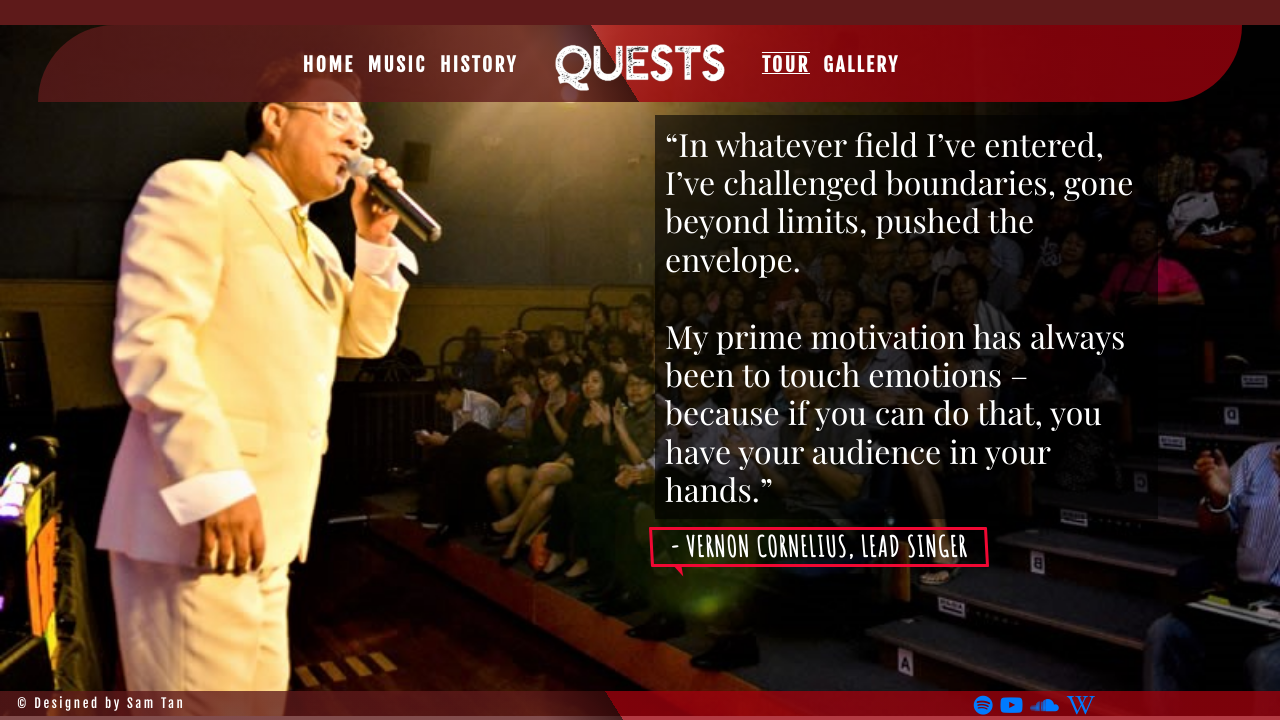
Repository: SamLookingGlass/User-Centric-Frontend-Development-Project
Page: tour.html
The author's editor kept a record of every edit. The page is drawn from the files as they stood at one moment, then again after the next edit.
The browser window is 1280 px wide. The pictures show the whole page.
Some web libraries are served in a nearby version.

Above is the page before.

### tour.html
<!doctype html>
<html lang="en">

<head>
    <!-- Required meta tags -->
    <meta charset="utf-8">
    <meta name="viewport" content="width=device-width, initial-scale=1, shrink-to-fit=no">

    <!-- Bootstrap CSS -->
    <link rel="stylesheet" href="https://maxcdn.bootstrapcdn.com/bootstrap/4.0.0/css/bootstrap.min.css" integrity="sha384-Gn5384xqQ1aoWXA+058RXPxPg6fy4IWvTNh0E263XmFcJlSAwiGgFAW/dAiS6JXm" crossorigin="anonymous">

    <!-- Google Fonts CSS -->
    <link href="https://fonts.googleapis.com/css?family=Fjalla+One&display=swap" rel="stylesheet">
    <link href="https://fonts.googleapis.com/css?family=Amatic+SC&display=swap" rel="stylesheet">
    <link href="https://fonts.googleapis.com/css?family=Playfair+Display&display=swap" rel="stylesheet">

    <!-- Font Awesoe CSS -->
    <link rel="stylesheet" href="https://cdnjs.cloudflare.com/ajax/libs/font-awesome/4.7.0/css/font-awesome.min.css">

    <!-- Own Stylesheet -->
    <link href="style.css" rel="stylesheet" type="text/css" />

    <title>The Quests Official - Tour</title>
</head>

<body id="borderhome" class="tour-background">
    <!--<div class="container-fluid" style="height:2vw"></div>-->
    <nav class="fontnew" id="navbg">
        <div class="container-fluid">
            <div class="row d-lg-flex">
                <div class="col-5 navnew navleft d-flex justify-content-end">
                    <ul class="d-flex">
                        <li><a href="home.html">HOME</a></li>
                        <li><a href="music.html">MUSIC</a></li>
                        <li><a href="history.html">HISTORY</a></li>
                    </ul>
                </div>
                <div class="col-2 d-lg-flex justify-content-center">
                    <a class="" href="home.html">
                     <img id="navlogo" class="img-fluid" src="images/logo/logo.png" alt="Quests Logo">
                </a>
                </div>
                <div class="col-5 navnew navright d-lg-flex justify-content-start">
                    <ul class="d-flex">
                        <li id="active"><a href="tour.html">TOUR</a></li>
                        <li><a href="gallery.html">GALLERY</a></li>
                    </ul>
                </div>
            </div>
        </div>
    </nav>
    <section>
        <div style="height:420pt" class="container-fluid">
            <div class="row">
                <div class="col-1"></div>
                <div class="col-5"></div>
                <div class="col-5 fonttypo">
                    <div>
                        <h2 class="cardbod cardbod-tour">
                            “In whatever field I’ve entered, I’ve challenged boundaries, gone beyond limits, pushed the envelope.
                            <br>
                            <br> My prime motivation has always been to touch emotions – because if you can do that, you have your audience in your hands.”
                            <br>
                        </h2>
                        <h3 class="blockheader1 ">
                            - Vernon Cornelius, Lead Singer
                        </h3>
                    </div>
                    <div class="col-1"></div>
                </div>
            </div>
    </section>

    <footer class="fixed-bottom fontfooter" id="navbg1">
        <div class="container-fluid">
            <div class="row">
                <div class="col-3">© Designed by Sam Tan </div>
                <div class="col-6 d-lg-flex justify-content-center"></div>
                <div class="col-3">
                    <!--<a href=""><i class="fa fa-facebook-square" style="font-size:22px"></i></a>-->
                    <a href="https://open.spotify.com/artist/4AOgY5YwQw4d5pgEX3f56A" target="_blank"><i class="fa fa-spotify" style="font-size:22px"></i></a>
                    <a href="https://www.youtube.com/user/JoeWuSeattleWaUSA/featured" target="_blank"><i class="fa fa-youtube-play" style="font-size:22px"></i></a>
                    <a href="https://soundcloud.com/user-73693220/keith-locke-the-quests-dont-1" target="_blank"><i class="fa fa-soundcloud" style="font-size:22px"></i></a>
                    <a href="https://en.wikipedia.org/wiki/The_Quests" target="_blank"><i class="fa fa-wikipedia-w" style="font-size:22px"></i></a>
                </div>
            </div>
        </div>
    </footer>

    <!-- Optional JavaScript -->
    <!-- jQuery first, then Popper.js, then Bootstrap JS -->
    <script src="https://code.jquery.com/jquery-3.2.1.slim.min.js" integrity="sha384-KJ3o2DKtIkvYIK3UENzmM7KCkRr/rE9/Qpg6aAZGJwFDMVNA/GpGFF93hXpG5KkN" crossorigin="anonymous"></script>
    <script src="https://cdnjs.cloudflare.com/ajax/libs/popper.js/1.12.9/umd/popper.min.js" integrity="sha384-ApNbgh9B+Y1QKtv3Rn7W3mgPxhU9K/ScQsAP7hUibX39j7fakFPskvXusvfa0b4Q" crossorigin="anonymous"></script>
    <script src="https://maxcdn.bootstrapcdn.com/bootstrap/4.0.0/js/bootstrap.min.js" integrity="sha384-JZR6Spejh4U02d8jOt6vLEHfe/JQGiRRSQQxSfFWpi1MquVdAyjUar5+76PVCmYl" crossorigin="anonymous"></script>
</body>

</html>

### style.css
/*Sanity Checks*/
.blue {
    background-color:blue;

}
.bod {
    border:solid 1px black;
}

.shadow-black {
    text-shadow: 2px 2px black;
}

.shadow-grey {
    text-shadow: 2px 1px grey;
}

/*Home Styling*/
.cardbod {
    margin-top:7vw;
    padding:0.5vw;
    display: flex;
    flex-direction: column;
}

/*Arrow Test https://codepen.io/raf187/pen/BvgGRQ*/
.red {
    margin-top:17vw;
}
body{
  margin-top: 0;
  padding: 0;
}
.arrow{
    position: absolute;
    top: 50%;
    left: 50%;
    transform: translate(-50%,-50%);
}
.arrow span{
    display: block;
    width: 30px;
    height: 30px;
    border-bottom: 5px solid rgb(158,2,13,0.7);
    border-right: 5px solid rgb(158,2,13,0.7);
    transform: rotate(45deg);
    margin: -12px;
    animation: animate 2s infinite;
}
.arrow span:nth-child(2){
    animation-delay: -0.2s;
}
.arrow span:nth-child(3){
    animation-delay: -0.4s;
}

@keyframes animate {
    0%{
        opacity: 0;
        transform: rotate(45deg) translate(-20px,-20px);
    }
    50%{
        opacity: 1;
    }
    100%{
        opacity: 0;
        transform: rotate(45deg) translate(20px,20px);
    }
}

/**/
#borderhome {
    border-top: solid 2vw rgb(94,26,26);
}

/*Parralax Scrolling */
.parralax {
    background-color:teal;
    height:480pt;
    background-attachment: fixed;
    background-position: center;
    background-repeat: no-repeat;
    background-size: cover;
}

.notparralax {
    background-image:url("images/background/background3.jpg");
    height:400pt;
    background-attachment: fixed;
    background-position: center;
    background-repeat: no-repeat;
    background-size: cover;
}

.notparralax div {
    padding-top:1vw;
}

#navbg {
    background:rgb(94,26,26);
    background:linear-gradient(58deg, rgba(94,26,26,0.78) 42%, rgba(52,10,10,0.9) 48%, rgba(158,2,13,0.78) 48%);
    /*margin: 0 3vw; */
    border-radius:15vw 0 15vw 0;
    position:absolute;
    z-index:1;
    left:0;
    right:0;
    margin:auto 3vw;
}

#navbg1 {
    background:rgb(94,26,26);
    background:linear-gradient(58deg, rgba(94,26,26,0.78) 42%, rgba(52,10,10,0.9) 48%, rgba(158,2,13,0.78) 48%);
    /*margin: 0 2vw; */
    /*border-radius:15vw 15vw 0 0;*/
}

.navbgz {
        position:absolute;
        z-index:1;
}
#active {
    text-decoration: underline overline;
}

.badgedesign {
    margin:10pt;
    padding:10pt;
    border: solid white 2pt;
    background-color:rgba(0, 0, 0, 0.6);
}

#navlogo {
   filter: invert(1);
   padding-top: 1.5vw;
}
.navnew li a {
    color: white;
}

.navnew li a:hover {
    text-decoration: underline overline;
}

.navnew li {
    text-decoration: none;
    list-style: none;
    padding-top: 1.5vw;
    margin: 5pt;
    font-size: 1.5vw;
    font-weight: bold;
}

.navright ul {
    position: relative;
    padding-left:0;
}

.navleft ul {
    position: relative;
    padding-right:0;
}

.fontnew {
    color:white;
    font-size: 1.3vw;
    font-family: 'Fjalla One', sans-serif;
    letter-spacing:0.2vw;

}

.fonttypo {
    font-family: 'Playfair Display', serif;
    color:white;
    font-size: 1vw;
    font-weight:bolder;
}

.fontfooter {
    color:white;
    font-size: 1vw;
    font-family: 'Fjalla One', sans-serif;
    letter-spacing:0.2vw;
    padding:0.18vw;
}

.logos i {
    padding-right:0.2vw;
    color:white;
    font-size:22px;
}

.logos i:hover {
    color:black;
}

#sec1 h1, p{
    padding:5pt;
    margin:10pt;
}

#videobg {
    z-index: -1;
    position: fixed;
    right: 0;
    bottom: 0;
    min-width: 100%;
    min-height: 120%;
}

@media (min-aspect-ratio: 16/9) {
    #videobg {
        width: 100%;
        height: auto;
    }
}

@media (min-aspect-ratio: 16/9) {
    #videobg {
        width: auto;
        height: 100%;
    }
}

/*edit size*/
@media (max-width: 200px) {
    #videobg {
        display: none;
    }
    body {
        background: url("");
        background-size: cover;
    }
}

/*Newsletter Form*/
/*To reference DNCE*/
.formbackground {
    margin-top:5vw;
    background-color:rgba(0, 0, 0, 0.8);
    padding:2vw;
}
#formcta {
    text-align: center;
    line-height: 1;
    cursor: pointer;
    vertical-align: middle;
    padding: .85em 1em;
    color: #fefefe;
    font-weight: 700;
    border-radius: 1px;
    margin: 0 10px 0 auto;
    border: none;
    transition: background .2s ease-in-out;
    font-size: 1rem;
    outline: 0;
    letter-spacing: .1em;
    text-transform: uppercase;
}

/*To reference DNCE*/
.blockheader1 {
    display: inline-block;
    font-family: "Amatic SC",cursive;
    font-weight: 700;
    border: 3px solid #f00833;
    color: white;
    padding: 0 1.125rem;
    margin: 0;
    border-radius: 1px;
    clear: both;
    letter-spacing: .05em;
    text-align: left;
    width: auto;
    text-transform: uppercase;
    position: relative;
    left: -1%;
    transform: skew(3deg);
}
.blockheader1::after {
    content: '';
    width: 0;
    height: 0;
    top: auto;
    border-style: solid;
    border-width: 12px 0 0 8px;
    border-color: #f00833 transparent transparent;
    position: absolute;
    bottom: -13px;
    left: 6%;
    z-index: 0;
    transform: rotate(-7deg);
}

#red-font {
    color: #f00833;
}

/*Gallery Styling*/


.fonttypo-gallery {
    font-family: 'Playfair Display', serif;
    color:rgb(158,2,13);
    font-size: 1vw;
    font-weight:bolder;
}

/*Reference for Gallery Images https://codepen.io/ozzy21/pen/JqgrvP*/

#gallerybod {
  margin: 0;
  padding: 0;
}
.container {
  width: 100%;
  display: grid;
  grid-auto-flow: dense;
  grid-template:
    "1fr 1fr 1fr 1fr 1fr" 33.33vh
    "1fr 1fr 1fr 1fr 1fr" 33.33vh
    "1fr 1fr 1fr 1fr 1fr" 33.33vh;
}

.container .box {
  position: relative;
  background: #ccc;
}
.container .box.a {
  grid-row: span 2;
}
.container .box.b,
.container .box.f,
.container .box.h,
.container .box.j {
  grid-column: span 2;
}
.container .box img {
  position: absolute;
  top: 0;
  left: 0;
  width: 100%;
  height: 100%;
  object-fit: cover;
}
@media (max-width: 991px) {
  .container {
    grid-template:
      "1fr 1fr 1fr" 250px
      "1fr 1fr 1fr" 250px
      "1fr 1fr 1fr" 250px
      "1fr 1fr 1fr" 250px
      "1fr 1fr 1fr" 250px;
  }
}
@media (max-width: 768px) {
  .container {
    grid-template:
      "1fr 1fr" 200px
      "1fr 1fr" 200px
      "1fr 1fr" 200px
      "1fr 1fr" 200px
      "1fr 1fr" 200px
      "1fr 1fr" 200px
      "1fr 1fr" 200px;
  }
}
.container .box.h {
  grid-column: span 1;
}

/*Music Styling*/
.cardbod-left {
    margin-top:13.1vw;
}

.cardbod-right {
    margin-top:9.1vw;
}

.cardbod-right div{
    margin:0.2vw;
}

.music-background {
    background-image: url("images/background/background4.jpg");
    background-position: center;
    background-repeat: no-repeat;
    background-size: cover;
    z-index:-1;
}

/*Tour Styling*/
.tour-background {
    background-image: url("images/background/background2.jpg");
    background-position: center;
    background-repeat: no-repeat;
    background-size: cover;
    z-index:-1;
}

.cardbod-tour {
    background-color: rgba(0,0,0,0.6);
    padding:10px;
}


.albumclass td img {
    width:6vw;
    margin-right:2vw;
    box-shadow: 0 4px 8px 0 rgba(0, 0, 0, 0.4), 0 10px 20px 0 rgba(0, 0, 0, 0.4);
}

.table th, .table td {
  vertical-align: baseline;
}

.table {
    margin-bottom:0;
}

/*History Styling*/
.history-background {
    background-image: url("images/gallery/image8.jpg");
    background-position: center;
    background-repeat: no-repeat;
    background-size: cover;
    z-index:-1;
}

.cardbod-left-history {
    margin-top:11.1vw;
}

.fonttypo-history {
    font-family: 'Playfair Display', serif;
    color:rgb(158,2,13);
    font-size: 1.5vw;
    font-weight:bolder;
}

After the next edit:
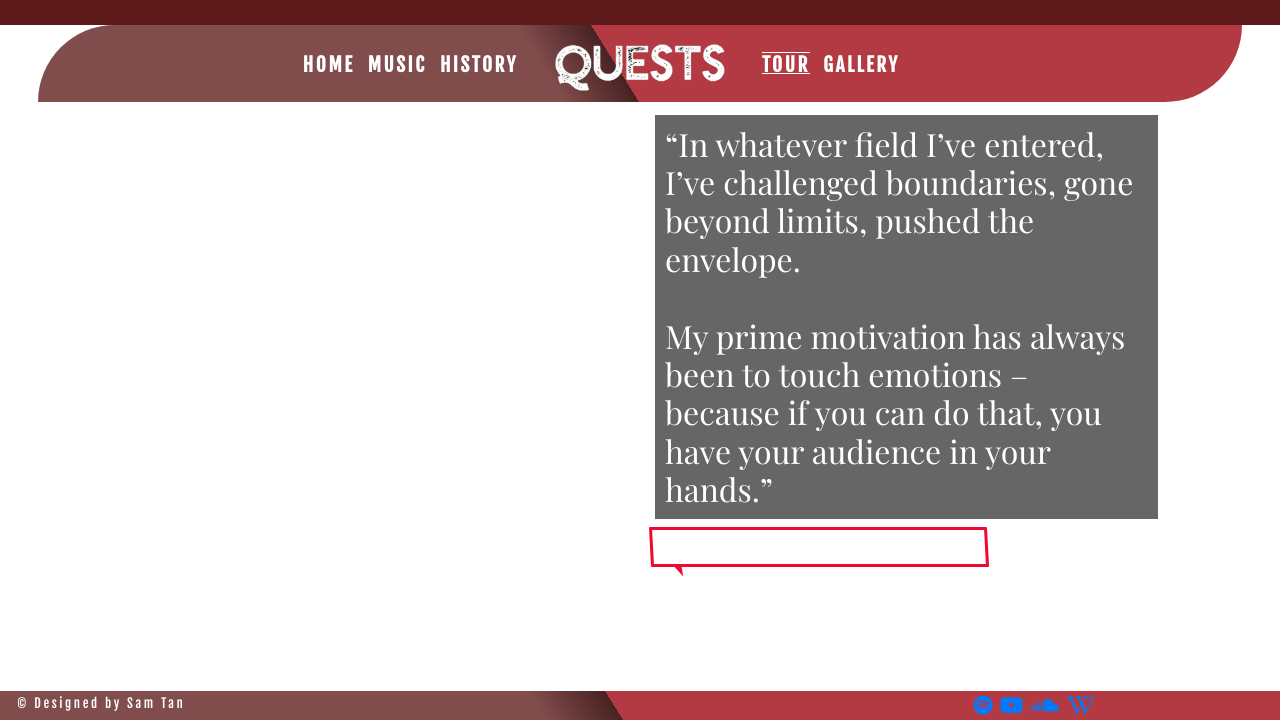
The edit:
--- a/tour.html
+++ b/tour.html
@@ -23,7 +23,7 @@
     <title>The Quests Official - Tour</title>
 </head>
 
-<body id="borderhome" class="tour-background">
+<body id="borderhome">
     <!--<div class="container-fluid" style="height:2vw"></div>-->
     <nav class="fontnew" id="navbg">
         <div class="container-fluid">
